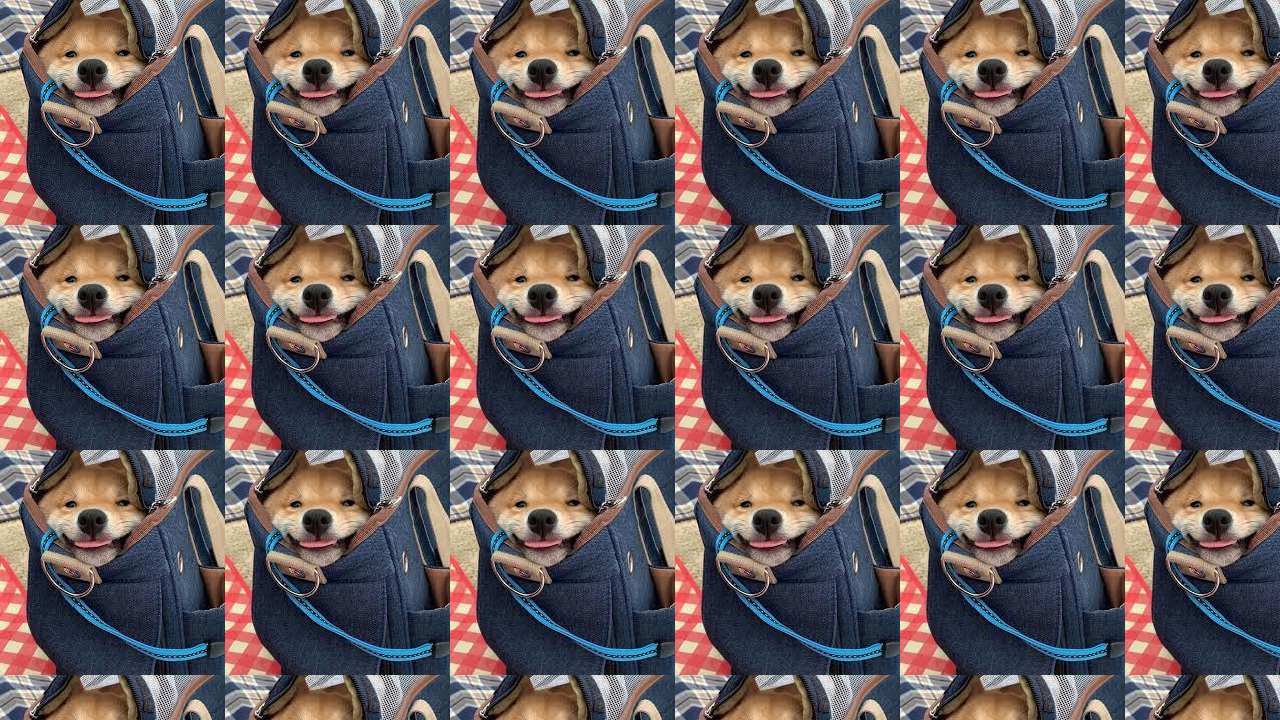
Repository: sujin9335/Front-end
Page: ClientTest/src/main/webapp/html/문제/1.html
The author's editor kept a copy of each file at every save. The page is drawn from the files as they stood at one save, then again after the next save.
The browser window is 1280 px wide. The pictures show the whole page.

Above is the page before, as saved 2023-09-20 02:39:04.

After the next save:
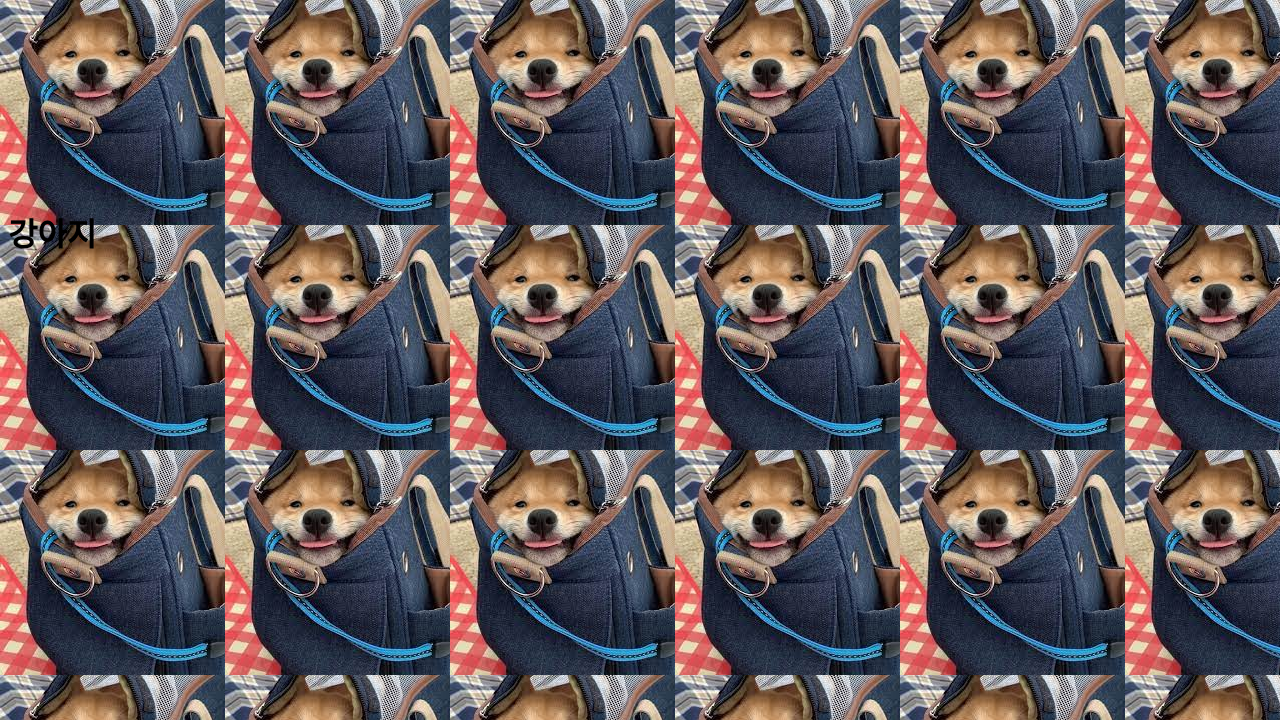
Saved 102 s later.
--- a/ClientTest/src/main/webapp/html/문제/1.html
+++ b/ClientTest/src/main/webapp/html/문제/1.html
@@ -5,7 +5,17 @@
 <title>Insert title here</title>
 </head>
 <body background="data:[embedded picture, 14783 characters]">
-
+<br>
+<br>
+<br>
+<br>
+<br>
+<br>
+<br>
+<br>
+<br>
+<br>
+<h1>강아지</h1>
 
 
 </body>
